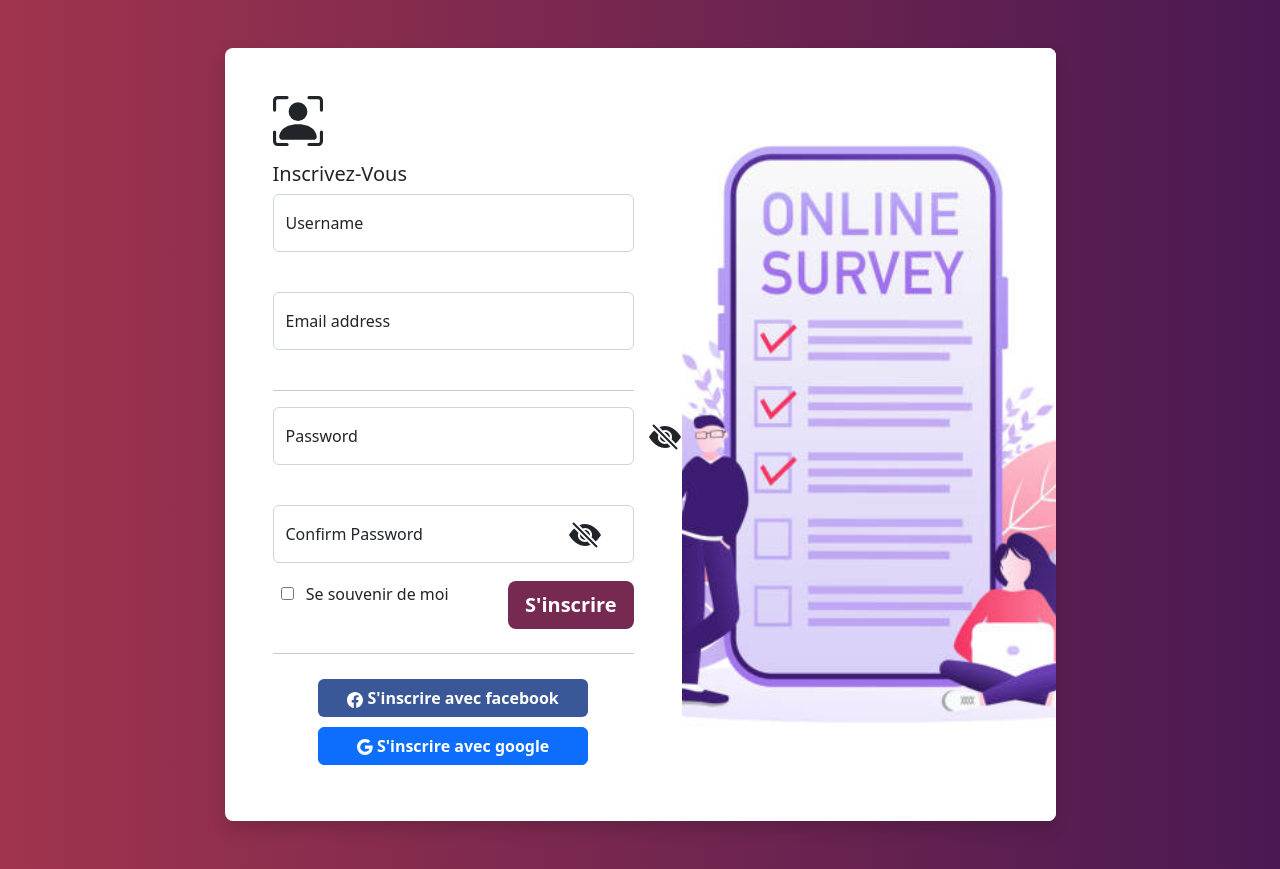
Repository: Djiamil/testsMoustaphaDER
Page: index.html
An editor plug-in stored every save of this project. The page is shown before and after the next save, followed by the edit.
The browser window is 1280 px wide. The pictures show the whole page.

Above is the page before, as saved 2022-12-09 09:49:58.

After the next save:
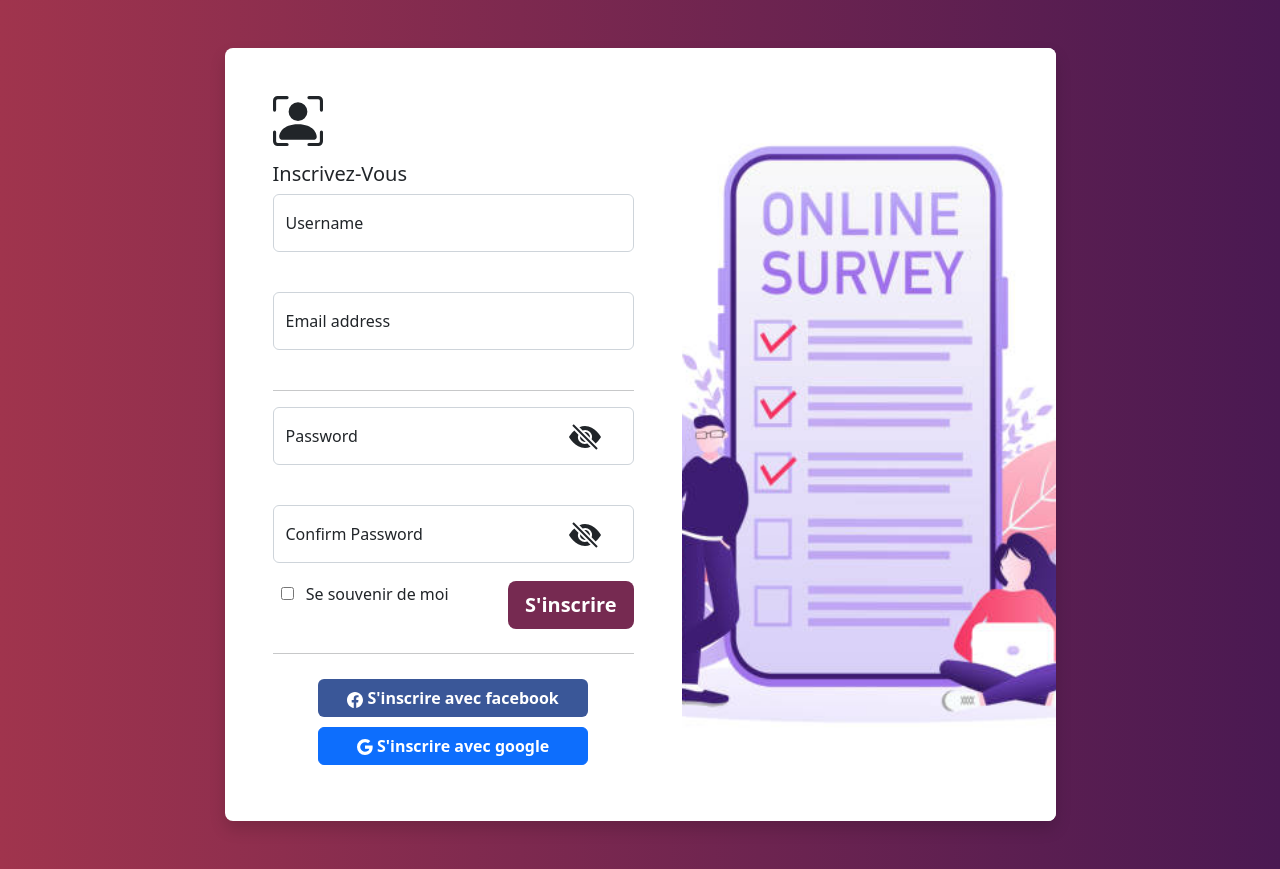
Saved 11 s later.
--- a/style.css
+++ b/style.css
@@ -66,7 +66,7 @@ button{
   float: right;
   position:absolute;
   margin-top: 4%;
-  margin-left: 23rem;
+  margin-left: 80%;
   width: 3rem;
   height: 2rem;
   /* position: absolute; */
